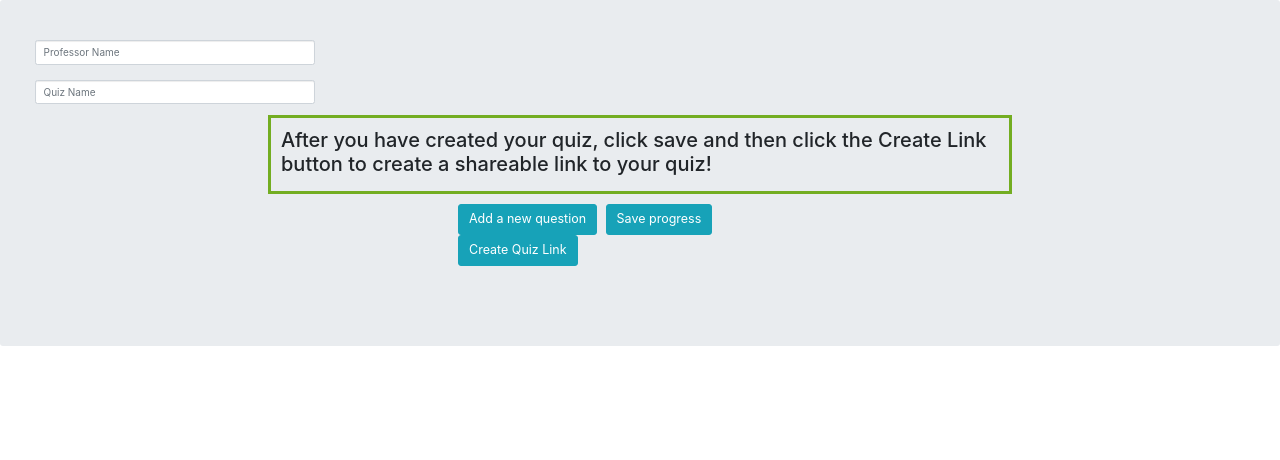
Repository: phillipdacosta/QuizemsNew
Page: /#/home
The author's editor kept a copy of each file at every save. The page is drawn from the files as they stood at one save, then again after the next save.
The browser window is 1280 px wide. The pictures show the whole page.
Some web libraries are served in a nearby version. The project was rebuilt for these pictures with package versions that can differ from the ones it lists, and the page was loaded fresh each time. Also part of the build but not shown: angular.json, src/app/quiz/quiz.component.ts, src/app/about/about.component.ts, src/app/student/student.component.ts, src/app/questions/questions.component.ts, src/app/question-display/question-display.component.ts, src/app/timer/timer.component.ts.

Above is the page before, as saved 2019-06-30 16:50:52.

After the next save:
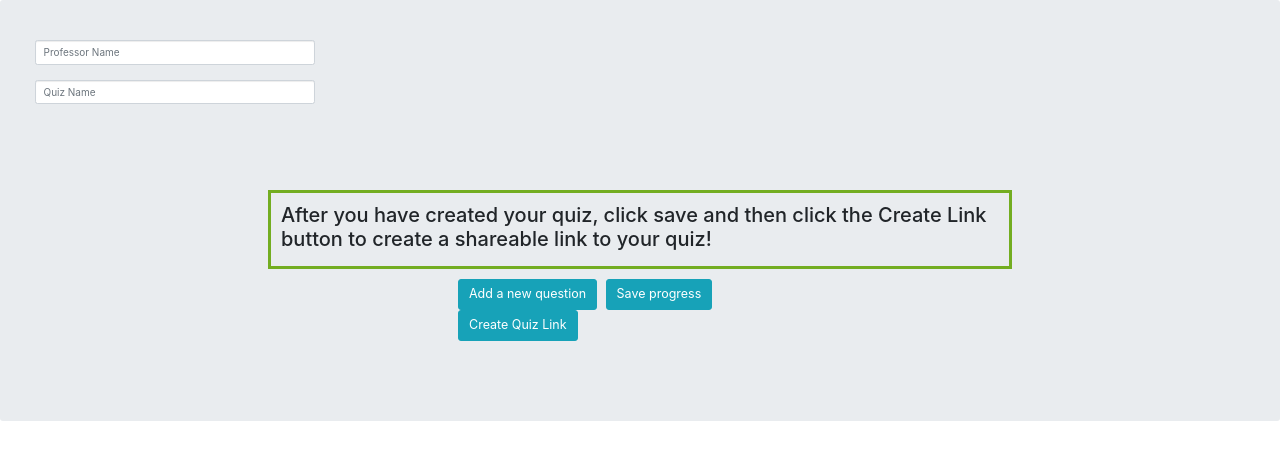
Saved 8 s later.
--- a/src/app/professor/professor.component.html
+++ b/src/app/professor/professor.component.html
@@ -69,6 +69,12 @@
     <br>
      <br>
 
+     <br>
+     <br>
+      <br>
+       <br>
+        <br>
+
   <div class = "heading">
   <h2>After you have created your quiz, click save and then click the Create Link button to create a shareable link to your quiz!</h2>
 
